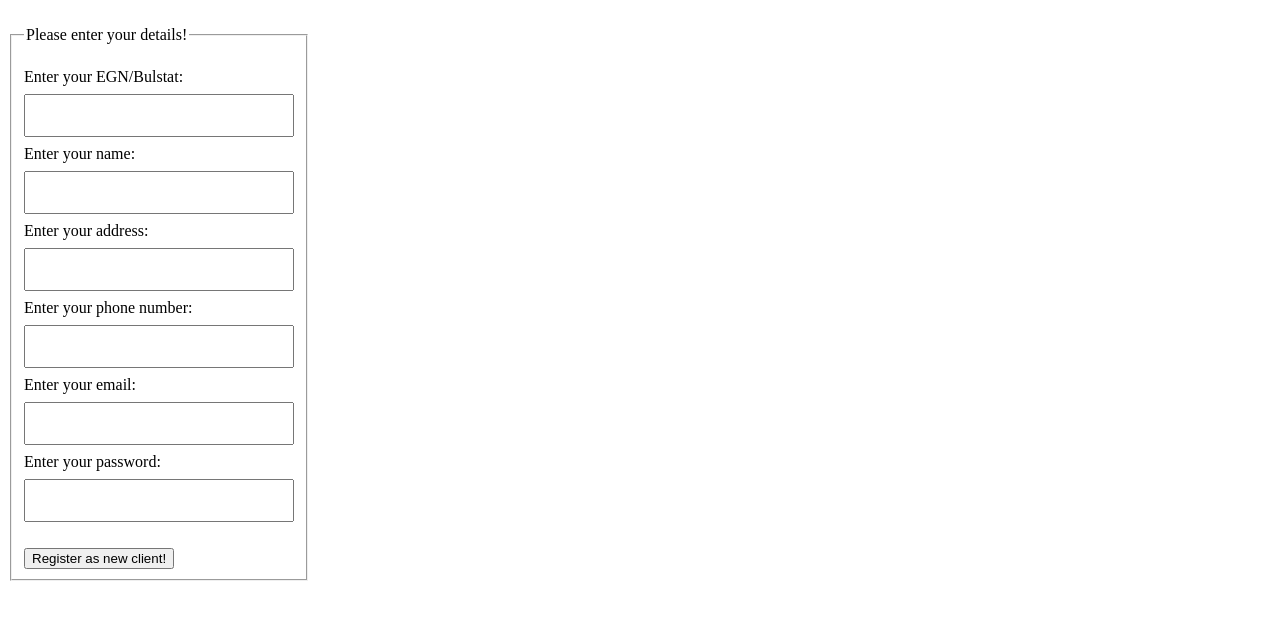
Repository: A-Mitev/E-Banking_Team_Project
Page: http://localhost/FiBank/WEB-INF/views/jsp/Register.jsp
An editor plug-in stored every save of this project. The page is shown before and after the next save, followed by the edit.
The browser window is 1280 px wide. The pictures show the whole page.
The page is served by Tomcat 9. Nobody is signed in. The template is opened directly, without the code that normally fills it, so the values that code supplies are empty.

Above is the page before, as saved 2016-04-06 06:24:17.

After the next save:
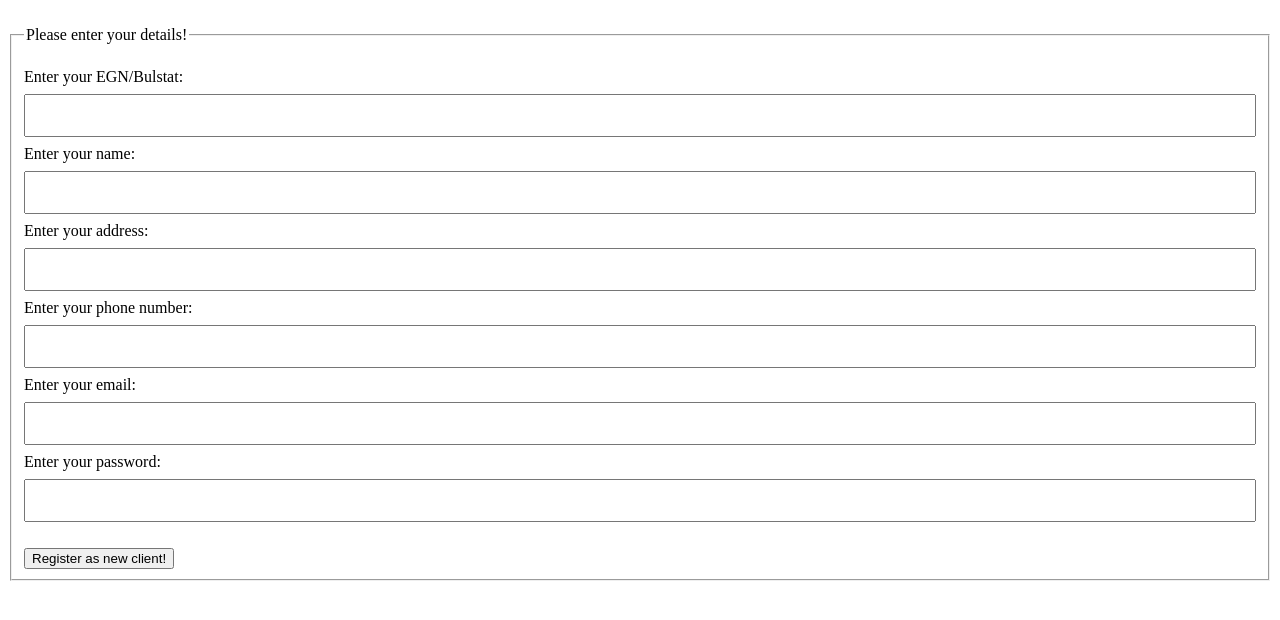
Saved 40 s later.
--- a/FiBank/src/main/webapp/WEB-INF/views/jsp/Register.jsp
+++ b/FiBank/src/main/webapp/WEB-INF/views/jsp/Register.jsp
@@ -22,7 +22,7 @@
 	 ${text}
 	<br />
 	<springForm:form method="post" commandName="user" >
-	<fieldset style="width:270px" font-family: 'Trebuchet MS', arial, sans-serif;>
+	<fieldset style="width:270px font-family: 'Trebuchet MS', arial, sans-serif";>
 		<legend>Please enter your details!</legend>
 		<br/>
 		<label>Enter your EGN/Bulstat:</label>

After the 4 saves that followed:
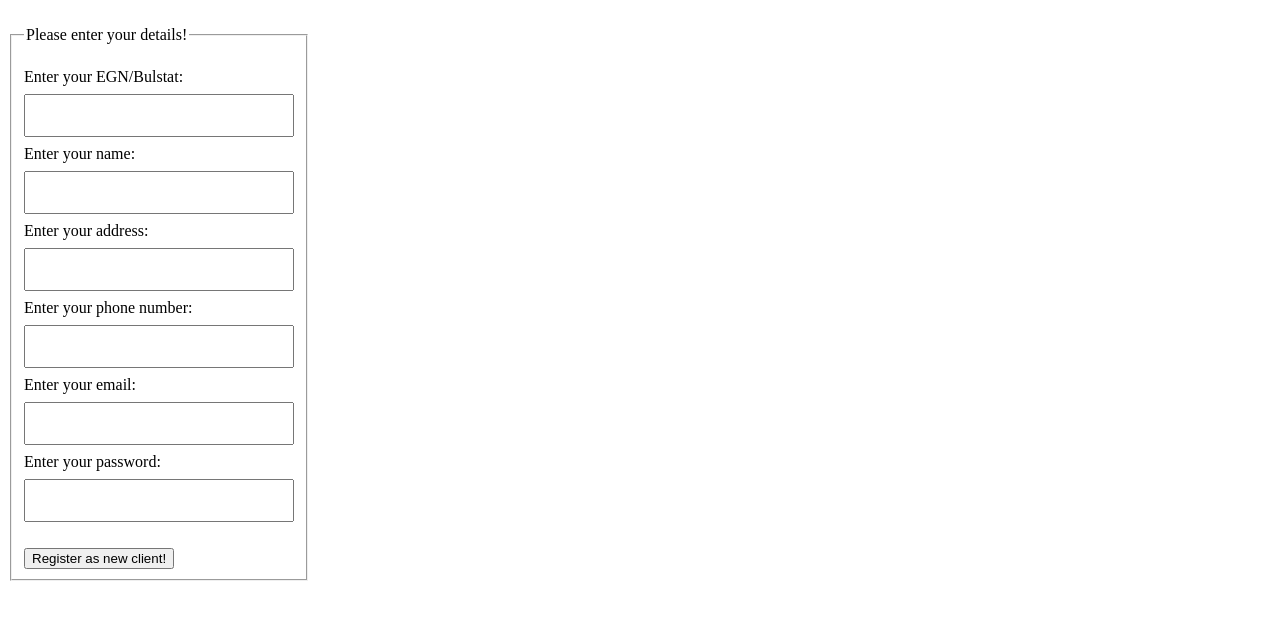
The 4 saves are shown as one change because 3 left the picture as it was.
The last was saved 5 min 24 s later.
--- a/FiBank/src/main/webapp/WEB-INF/views/jsp/Register.jsp
+++ b/FiBank/src/main/webapp/WEB-INF/views/jsp/Register.jsp
@@ -22,7 +22,7 @@
 	 ${text}
 	<br />
 	<springForm:form method="post" commandName="user" >
-	<fieldset style="width:270px font-family: 'Trebuchet MS', arial, sans-serif";>
+	<fieldset style="width:270px" style="border: 5px solid #cef1ff;">
 		<legend>Please enter your details!</legend>
 		<br/>
 		<label>Enter your EGN/Bulstat:</label>
